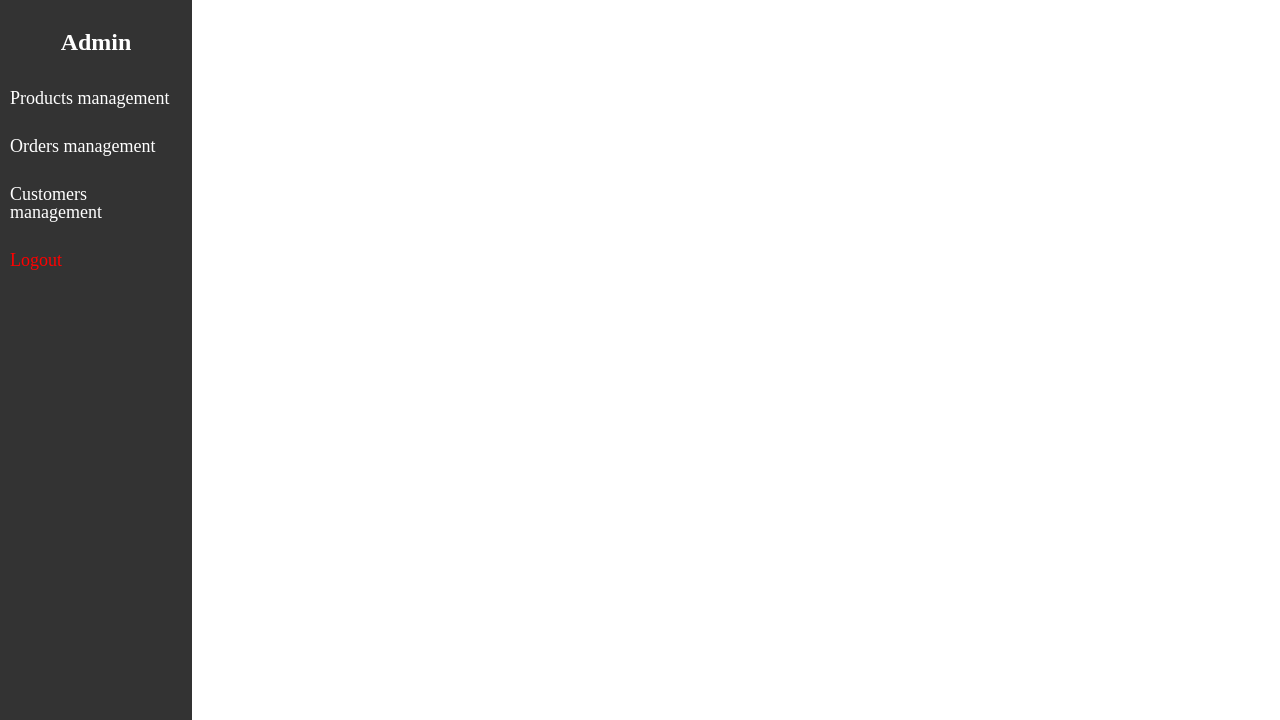
Repository: Trung0810/btl_cnpm_fe
Page: /admin
An editor plug-in stored every save of this project. The page is shown before and after the next save, followed by the edit.
The browser window is 1280 px wide. The pictures show the whole page.
The project was rebuilt for these pictures with package versions that can differ from the ones it lists, and the page was loaded fresh each time. Also part of the build but not shown: src/components/header/header.css, src/components/header/Header.js, src/components/footer/Footer.css, src/components/footer/Footer.js, src/components/shoes_list/ShoesCard.css, src/components/shoes_list/ShoesCard.js, src/components/shoes_list/ShoesList.css, src/components/shoes_list/ShoesList.js and 56 more.

Above is the page before, as saved 2026-04-10 09:56:24.

After the next save:
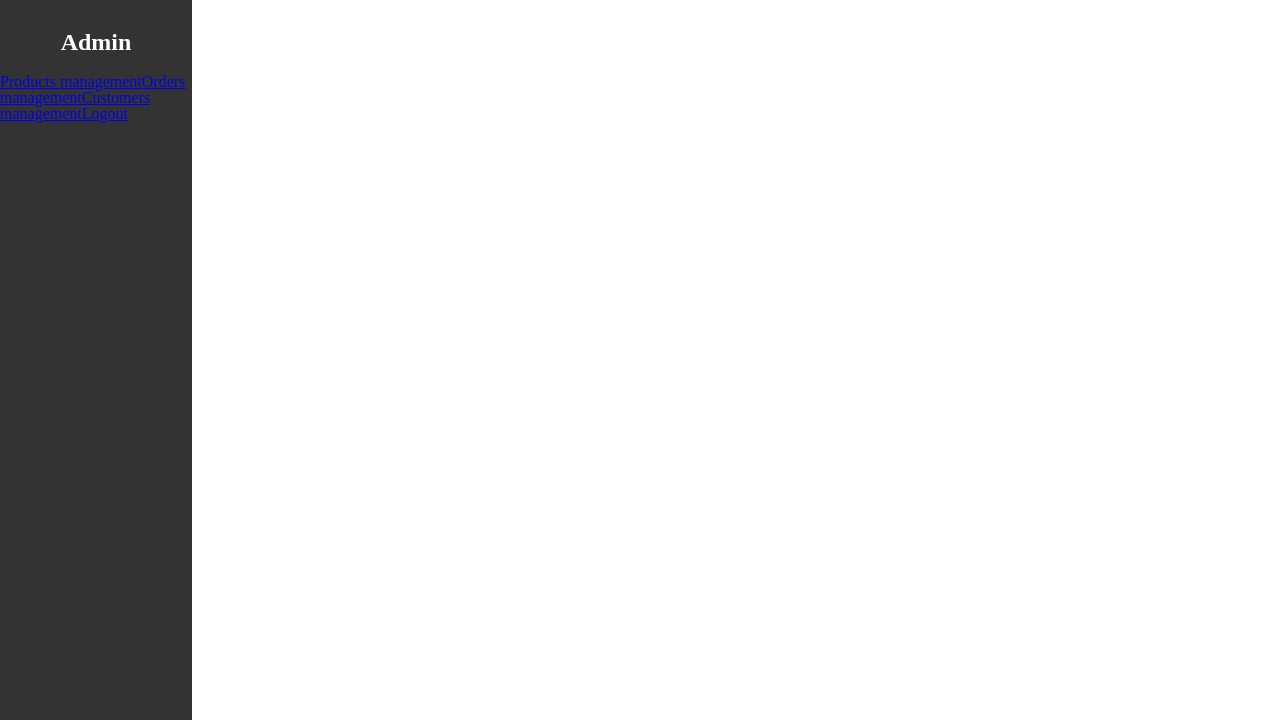
Saved 42 s later.
--- a/src/components/admin_sidebar/AdminSidebar.js
+++ b/src/components/admin_sidebar/AdminSidebar.js
@@ -1,15 +1,16 @@
 import React from "react";
 import "./AdminSidebar.css";
+import { Link } from "react-router-dom";
 
 const AdminSidebar = () => {
   return (
     <div className="admin-sidebar">
       <h2 className="admin-sidebar-title">Admin</h2>
       <ul className="admin-sidebar-menu">
-        <li>Products management</li>
-        <li>Orders management</li>
-        <li>Customers management</li>
-        <li>Logout</li>
+        <Link>Products management</Link>
+        <Link>Orders management</Link>
+        <Link>Customers management</Link>
+        <Link>Logout</Link>
       </ul>
     </div>
   );
